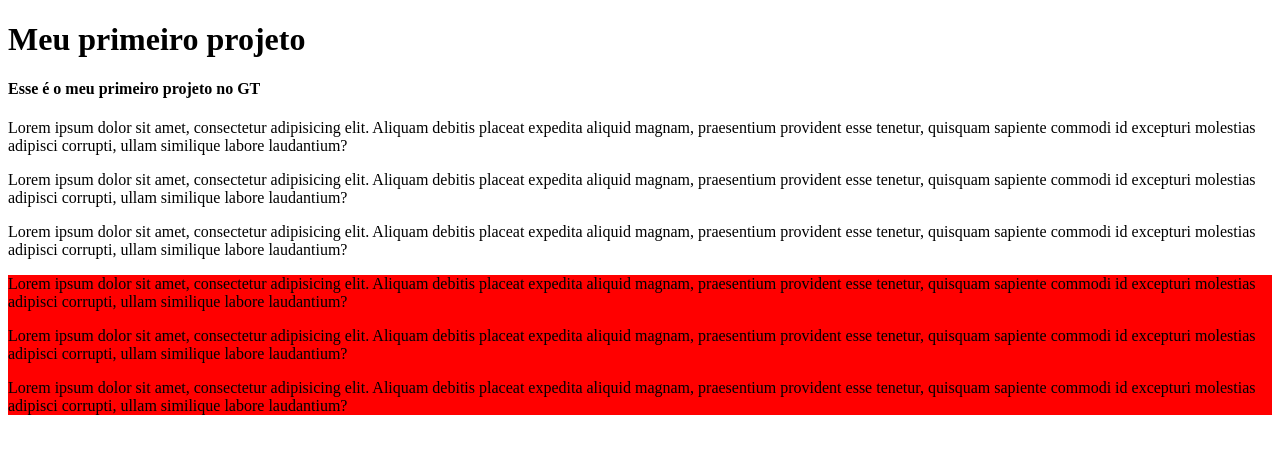
Repository: geracao-11/aula01
Page: index.html
These files come from the project's save history. The page is drawn as it stood at one moment and after the next save; the edit follows.
The browser window is 1280 px wide. The pictures show the whole page.

Above is the page before, as saved 2025-04-02 09:41:49.

After the next save:
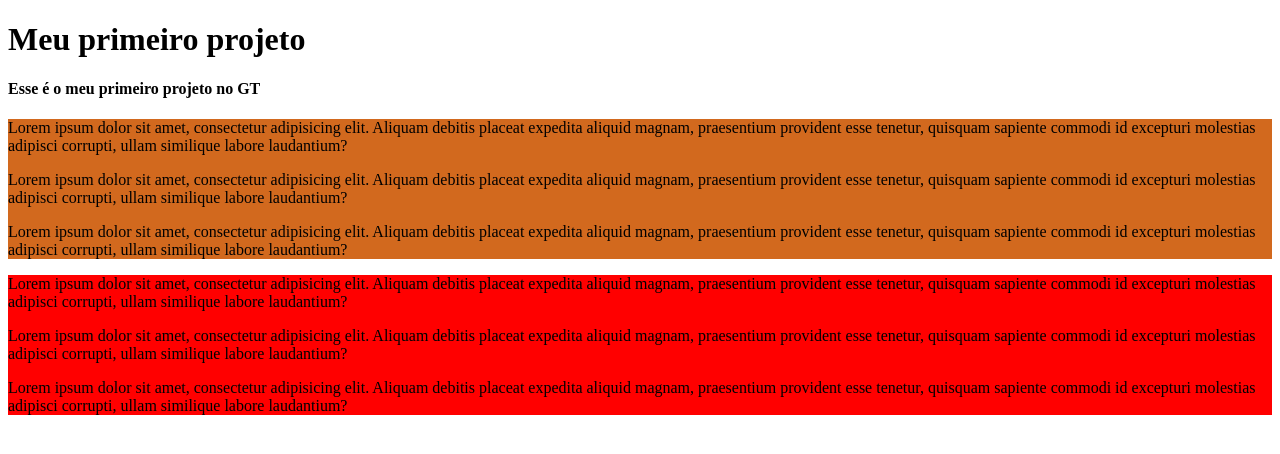
Saved 6 s later.
--- a/index.html
+++ b/index.html
@@ -13,7 +13,7 @@
       <h4>Esse é o meu primeiro projeto no GT</h4>
     </header>
     <main>
-      <div style="background-color: ;">
+      <div style="background-color: chocolate;">
         <p>
           Lorem ipsum dolor sit amet, consectetur adipisicing elit. Aliquam
           debitis placeat expedita aliquid magnam, praesentium provident esse
